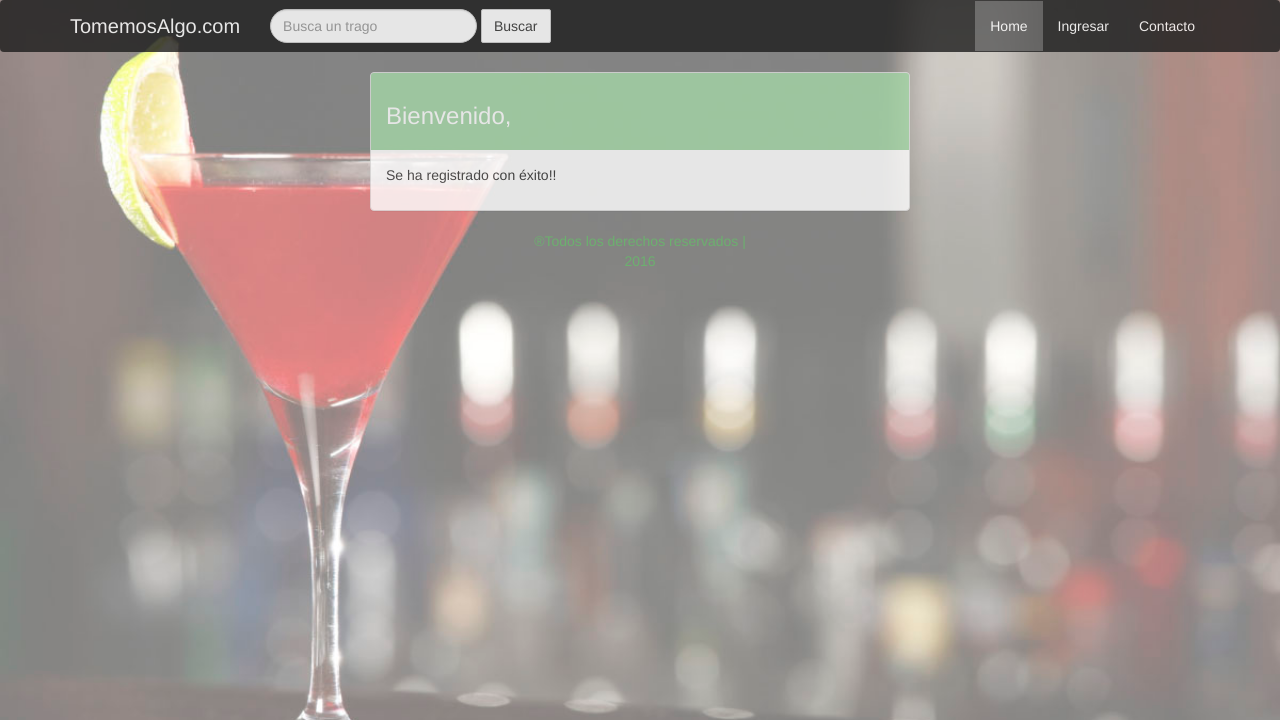
Repository: MaxiAven/TallerWebJava
Page: http://localhost/proyecto-base-spring/WEB-INF/jsp/confirmaRegistro.jsp
An editor plug-in stored every save of this project. The page is shown before and after the next save, followed by the edit.
The browser window is 1280 px wide. The pictures show the whole page.
Some web libraries are served in a nearby version. The page is served by Tomcat 9. Nobody is signed in. Other server files are loaded and not shown. The template is opened directly, without the code that normally fills it, so the values that code supplies are empty.

Above is the page before, as saved 2016-10-10 19:13:57.

### proyecto-base-spring/src/main/webapp/WEB-INF/jsp/confirmaRegistro.jsp
<!DOCTYPE html>
<html lang="en">
  <head>
    <meta charset="utf-8">
    <meta http-equiv="X-UA-Compatible" content="IE=edge">
    <meta name="viewport" content="width=device-width, initial-scale=1">
    <!-- The above 3 meta tags *must* come first in the head; any other head content must come *after* these tags -->
    <meta name="description" content="">
    <meta name="author" content="">
    <link rel="icon" href="../../favicon.ico">

    <title>QueTomamos | Recetas con Onda</title>

    <!-- Bootstrap core CSS -->
    <link href="css/bootstrap.min.css" rel="stylesheet" >
    <!-- Bootstrap theme -->
    <!-- <link href="css/bootstrap-theme.min.css" rel="stylesheet">-->

  </head>

  <body role="document">

    <!-- Fixed navbar -->
    <nav class="menu navbar navbar-inverse">
      <div class="container">
        <div class="navbar-header">
          <button type="button" class="navbar-toggle collapsed" data-toggle="collapse" data-target="#navbar" aria-expanded="false" aria-controls="navbar">
            <span class="sr-only">Toggle navigation</span>
            <span class="icon-bar"></span>
            <span class="icon-bar"></span>
            <span class="icon-bar"></span>
          </button>
          <a class="navbar-brand" href="#">TomemosAlgo.com</a>
        </div>
        <form class="navbar-form navbar-left">
        <div class="form-group">
          <input type="text" class="form-control" placeholder="Busca un trago">
        </div>
        <button type="submit" class="btn btn-default">Buscar</button>
      </form>
        <div id="navbar" class="navbar-collapse collapse">
          <ul class="nav navbar-nav navbar-right">
            <li class="active"><a href="index">Home</a></li>
            <li><a href="login">Ingresar</a></li>
            <li><a href="#contact">Contacto</a></li>

          </ul>
        </div><!--/.nav-collapse -->
      </div>
    </nav>

    <div class="container">
    	<div class="col-md-3"></div>
    	<div class="col-md-6 contenido">

    		<div class="panel panel-default md">
			  <div class="panel-heading tcolor">
			  	<h3>Bienvenido, ${nombre}</h3>
			  </div>
			  <div class="panel-body">
			  <p>Se ha registrado con éxito!!</p>
			  <p><a href="index"></a></p>
    		  </div>
    	<div class="col-md-3"></div>
	</div>
    <!-- /container -->

<footer class="footer">
	<div class="col-md-3"></div>
	<div class="col-md-6">
		<p>®Todos los derechos reservados | 2016</p>
	</div>
	<div class="col-md-3"></div>

</footer>
    <!-- Bootstrap core JavaScript
    ================================================== -->
    <!-- Placed at the end of the document so the pages load faster -->
    <script src="https://ajax.googleapis.com/ajax/libs/jquery/1.11.3/jquery.min.js" ></script>
    <script>window.jQuery || document.write('<script src="../../assets/js/vendor/jquery.min.js"><\/script>')</script>
    <script src="js/bootstrap.min.js" type="text/javascript"></script>
  </body>
</html>

Loaded but not shown: proyecto-base-spring/src/main/webapp/css/bootstrap.min.css (library); proyecto-base-spring/src/main/webapp/js/bootstrap.min.js (library)

After the next save:
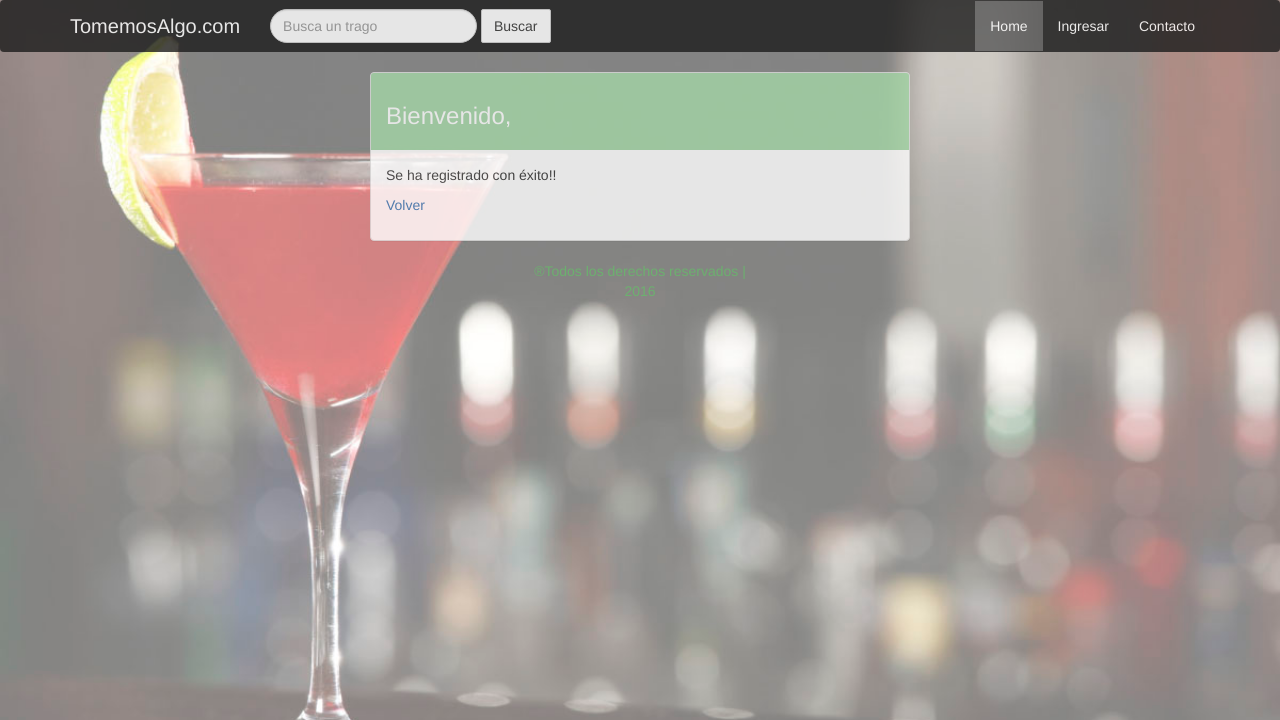
Saved 5 s later.
--- a/proyecto-base-spring/src/main/webapp/WEB-INF/jsp/confirmaRegistro.jsp
+++ b/proyecto-base-spring/src/main/webapp/WEB-INF/jsp/confirmaRegistro.jsp
@@ -59,7 +59,7 @@
 			  </div>
 			  <div class="panel-body">
 			  <p>Se ha registrado con éxito!!</p>
-			  <p><a href="index"></a></p>
+			  <p><a href="index">Volver</a></p>
     		  </div>
     	<div class="col-md-3"></div>
 	</div>
